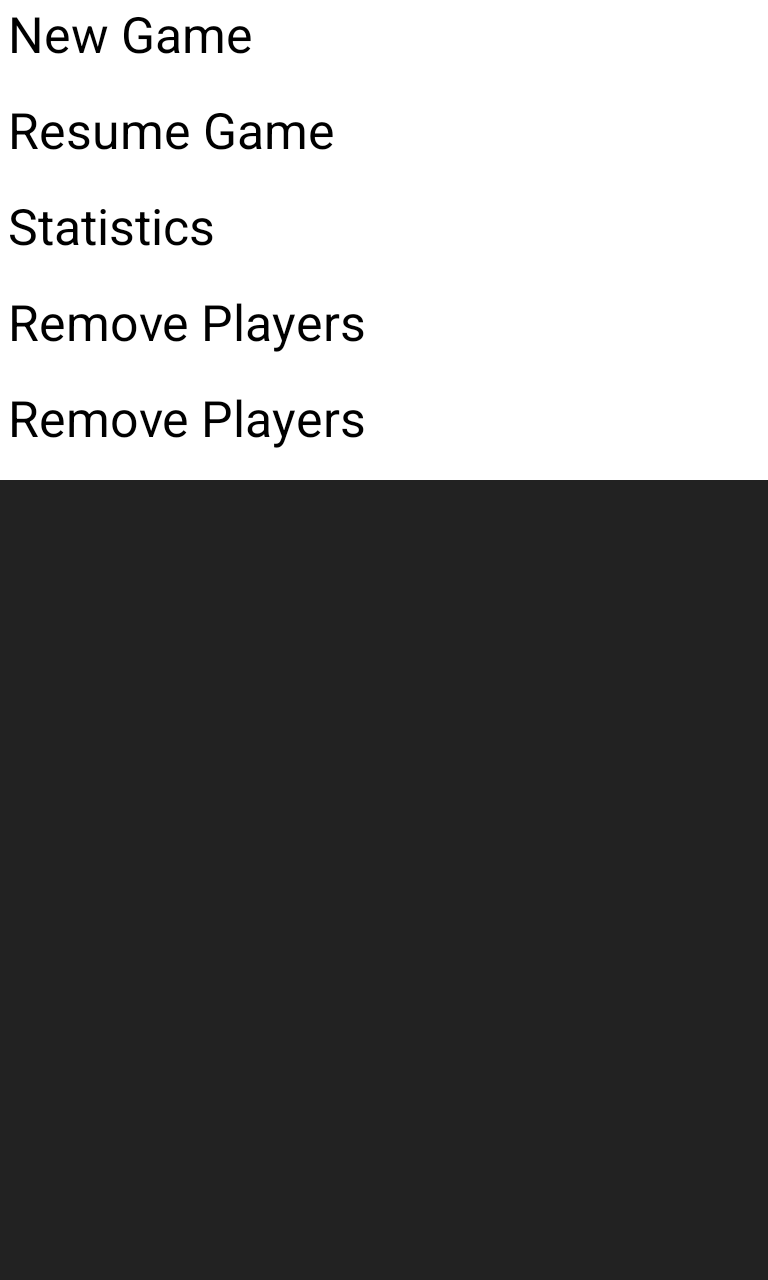
Repository: andyhurd/SuperMunchkin
Layout: SuperMunchkin/res/layout/activity_main_menu.xml
The author's editor kept a copy of each file at every save. The layout is drawn from the files as they stood at one save, then again after the next save.
It is drawn on a 768 x 1280 px phone screen (xhdpi) without system bars, with theme AppTheme; the app's code is not run.

Above is the layout before, as saved 2012-11-02 05:11:03.

After the next save:
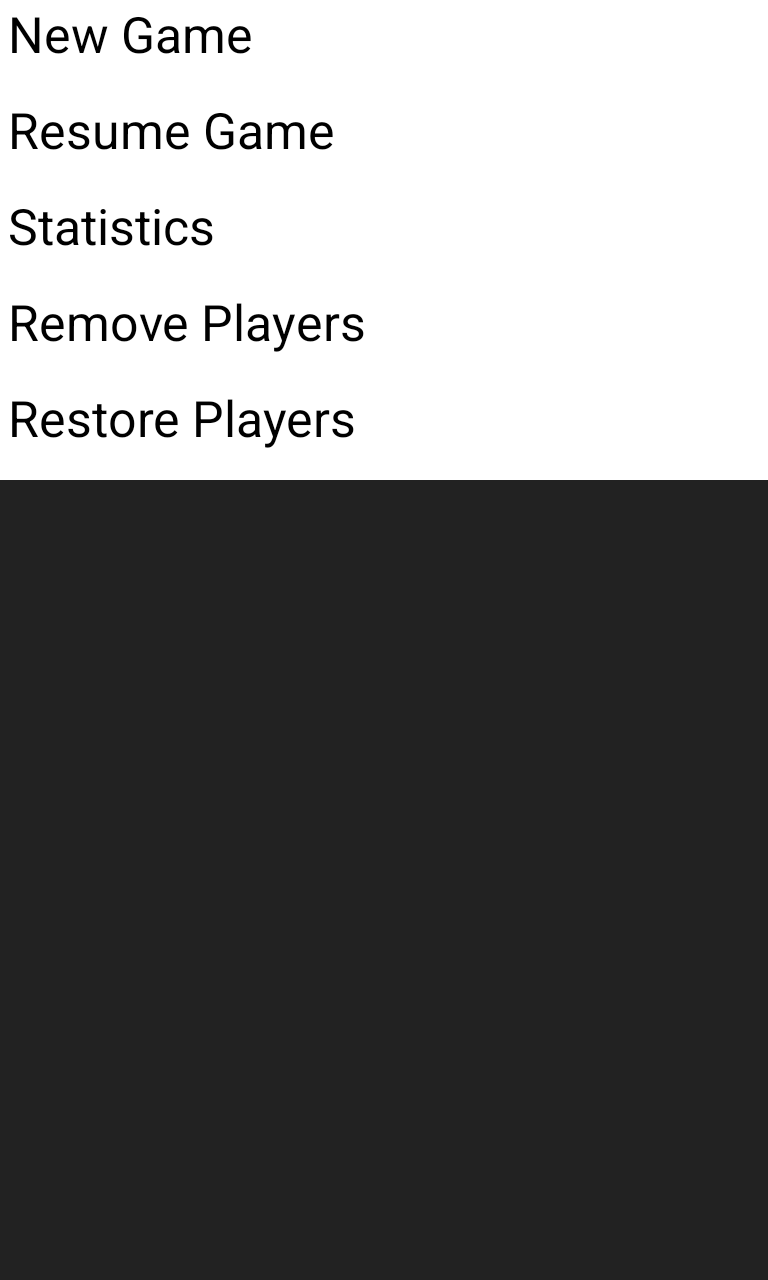
Saved 3 min 14 s later.
--- a/SuperMunchkin/res/layout/activity_main_menu.xml
+++ b/SuperMunchkin/res/layout/activity_main_menu.xml
@@ -57,7 +57,7 @@
 	            android:id="@+id/restorePlayersButton"
 	            android:layout_width="match_parent"
 	            android:layout_height="wrap_content"
-	            android:text="@string/removePlayers"
+	            android:text="@string/restorePlayers"
 		        android:textColor="@android:color/black"
 		        android:textSize="25dip"
 		        android:gravity="left"
